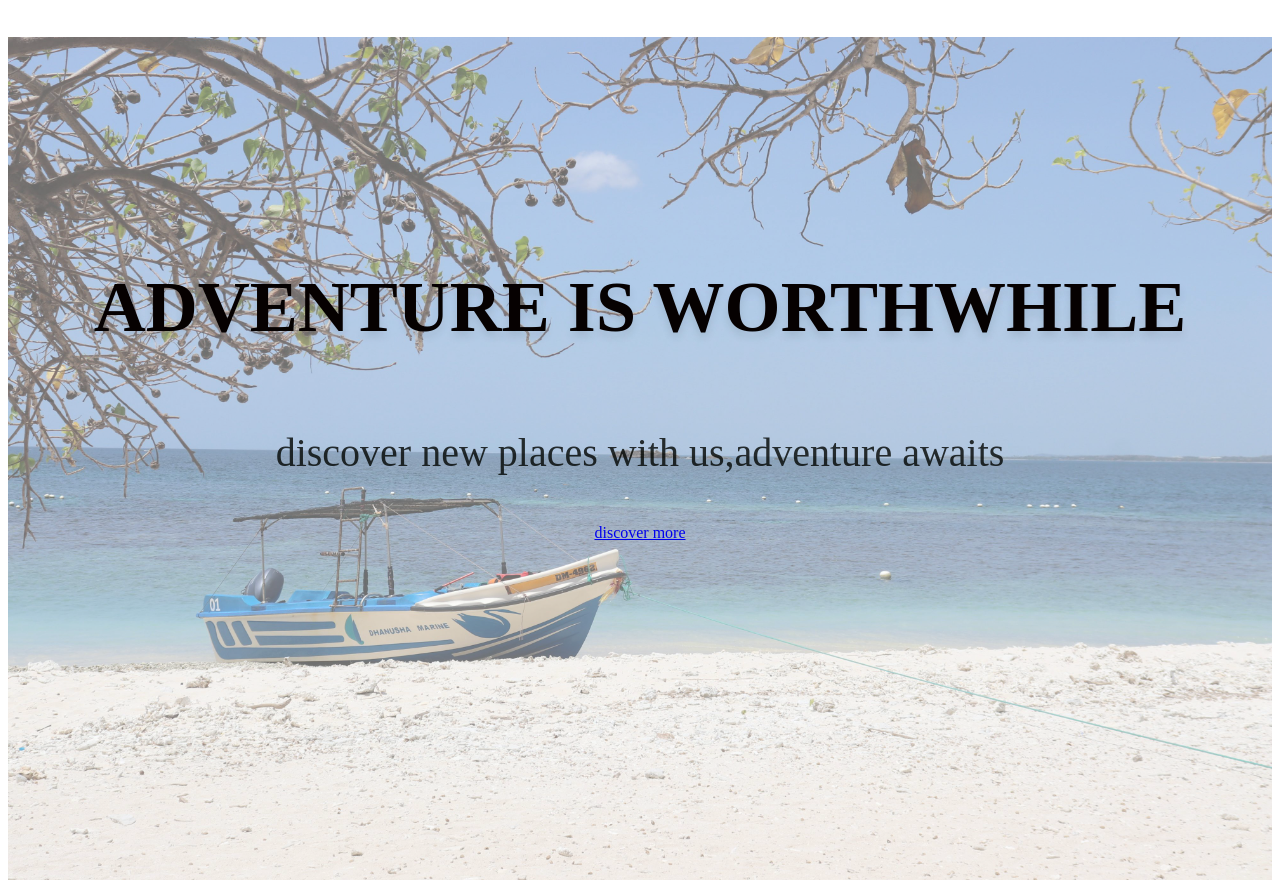
Repository: KasunInd27/Ceylon-Journey
Page: Home/home.html
The author's editor kept a copy of each file at every save. The page is drawn from the files as they stood at one save, then again after the next save.
The browser window is 1280 px wide. The pictures show the whole page.

Above is the page before, as saved 2024-10-05 13:58:42.
Console error: SyntaxError: Unexpected token '<'

### Home/home.html
<!DOCTYPE html>
<html lang="en">
<head>
    <meta charset="UTF-8">
    <meta name="viewport" content="width=device-width, initial-scale=1.0">
    <!-- Font Awesome CDN link for using icons -->
    <link rel="stylesheet" href="https://cdnjs.cloudflare.com/ajax/libs/font-awesome/5.15.3/css/all.min.css">
    <link href="https://fonts.googleapis.com/css2?family=Roboto:wght@400;700&display=swap" rel="stylesheet">

    <link rel="stylesheet" href="CSS/home.css">
    <script src="JS/home.js"></script>
    <style>
        .mySlides {display:none;}
    </style>
    <title>Home Page</title>
</head>
<body>
    <section class="home" id="home">
        <div class="content">
            <h3>adventure is worthwhile</h3>
            <p>discover new places with us,adventure awaits</p>
            <a href="#" class="btn">discover more</a>
        </div>

        <div class="slide">
            <img class="homeSlides" src="../image/train.jpg" style="width:100%">
            <img class="homeSlides" src="../image/elephants.jpg" style="width:100%">
            <img class="homeSlides" src="../image/boat.jpg" style="width:100%">
            <img class="homeSlides" src="../image/fish.jpg" style="width:100%">
            <img class="homeSlides" src="../image/arc.jpg" style="width:100%">
        </div>
    </section>

    <script>
        var myIndex = 0;
        carousel();

        function carousel() {
          var i;
          var x = document.getElementsByClassName("homeSlides");
          for (i = 0; i < x.length; i++) {
            x[i].style.display = "none";
          }
          myIndex++;
          if (myIndex > x.length) {myIndex = 1}
          x[myIndex-1].style.display = "block";
          setTimeout(carousel, 2000); // Change image every 2 seconds
        }
        </script>


</body>
</html>

### Home/CSS/home.css
.home.controls {
    padding: 1rem;
    border-radius: 5rem;
    background: rgba(0, 0, 0, .7);
    position: relative;
    top: 10rem;

}

.home .controls .img-btn {

    height: 2rem;
    width: 2rem;
    display: inline-block;
    border-radius: 50%;
    background: #fff;
    cursor: pointer;
    margin: 0 .5rem;

}
.home .controls .img-btn.active {
    background: var(--orange);

}
#home {
    min-height: 100vh;
    /* Ensures it takes up the full viewport height */
    display: flex;
    /* Enables flexbox layout */
    align-items: center;
    /* Vertically centers content */
    justify-content: center;
    /* Horizontally centers content */
    flex-flow: column;
    /* Aligns children in a column layout */
    position: relative;
    /* Allows child elements to use absolute positioning */
    z-index: 0;
    /* Ensures this section has the correct stacking order */
}
.home .content {
    text-align: center;
    /* Centers the text within the .content container */
}
/* Styles for h3 elements inside the .content class within the .home section */

.home .content h3 {
    font-size: 4.5rem;
    /* Sets a large font size for the heading */
    color: #060101;
    /* White text color */
    text-transform: uppercase;
    /* Makes the text uppercase */
    text-shadow: 0 .3rem .5rem rgba(0, 0, 0, .1);
    /* Adds a soft shadow to the text */


}

.home .content p {
    font-size: 2.5rem;
    /* Sets the font size for paragraphs inside the .content class in the .home section */
    color: #010401;
    /* Sets the text color to white */
    padding: 0.5rem 0;
    /* Adds vertical padding (top and bottom) of 0.5rem */
    opacity: 0.80;
}

.slide
{
    margin-top: -590px;
    background-size:contain;
    background-position:center;
    background-repeat: no-repeat;
    position:absolute;
    width: 100%;
    height: 10%;
    opacity: 0.60;
    z-index: -5;
}

### Home/JS/home.js
<!DOCTYPE html>
<html lang="en">
<head>
    <meta charset="UTF-8">
    <meta name="viewport" content="width=device-width, initial-scale=1.0">
    <!-- Font Awesome CDN link for using icons -->
    <link rel="stylesheet" href="https://cdnjs.cloudflare.com/ajax/libs/font-awesome/5.15.3/css/all.min.css">
    <link href="https://fonts.googleapis.com/css2?family=Roboto:wght@400;700&display=swap" rel="stylesheet">

    <link rel="stylesheet" href="CSS/home.css">
    <script src="JS/home.js"></script>
    <style>.imgSlide {display:none;}</style>
    <title>Home Page</title>
</head>
<body>
    <section class="home" id="home">
        <div class="content">
            <h3>adventure is worthwhile</h3>
            <p>discover new places with us,adventure awaits</p>
            <a href="#" class="btn">discover more</a>
        </div>

        <div class="image-slide" style="max-width:500px">
            <img class="imgSlide" src="../image/train.jpg" style="width:100%">
            <img class="imgSlide" src="../image/elephants.jpg" style="width:100%">
            <img class="imgSlide" src="../image/boats.jpg" style="width:100%">
            <img class="imgSlide" src="../image/fish.jpg" style="width:100%">
            <img class="imgSlide" src="../image/arc.jpg" style="width:100%">

        </div>


    </section>
</body>
</html>

After the next save:
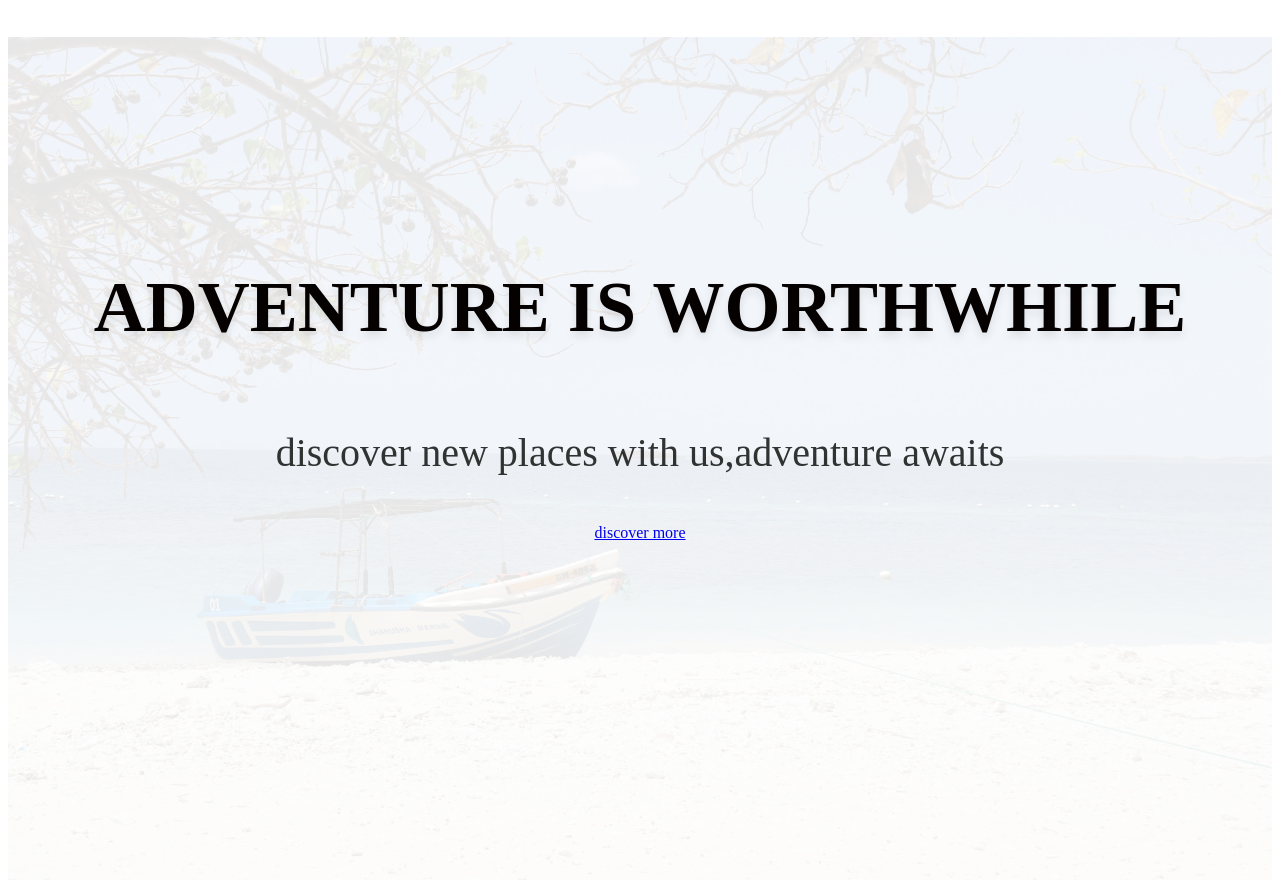
Saved 16 s later.
--- a/Home/CSS/home.css
+++ b/Home/CSS/home.css
@@ -76,6 +76,6 @@
     position:absolute;
     width: 100%;
     height: 10%;
-    opacity: 0.60;
+    opacity: 0.100;
     z-index: -5;
 }
